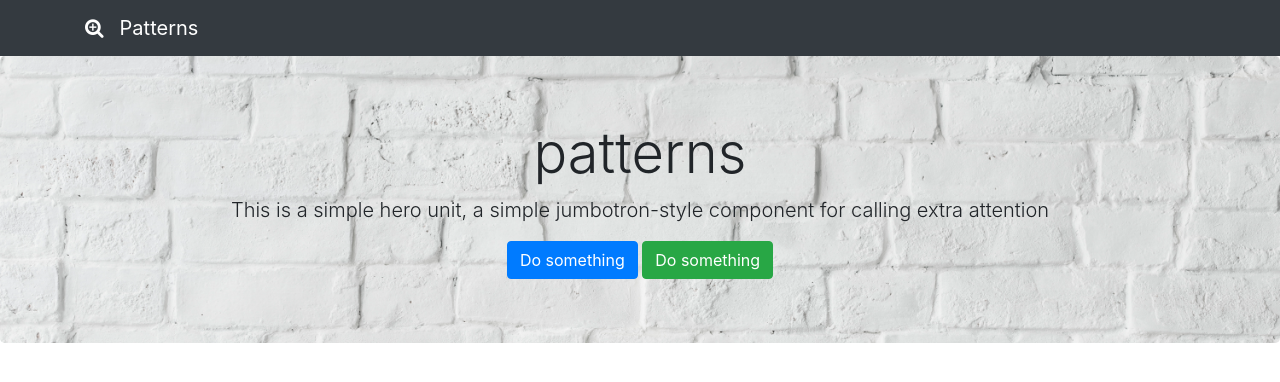
Repository: Mietlicha/patterns
Page: index.html
An editor plug-in stored every save of this project. The page is shown before and after the next save, followed by the edit.
The browser window is 1280 px wide. The pictures show the whole page.

Above is the page before, as saved 2019-10-24 11:26:13.

### index.html
<!DOCTYPE html>
<html lang="en">

<head>
    <meta charset="UTF-8">
    <meta name="viewport" content="width=device-width, initial-scale=1.0">
    <meta http-equiv="X-UA-Compatible" content="ie=edge">
    <title>Document</title>
    <link rel="stylesheet" href="style.css">
    <link rel="stylesheet" href="https://stackpath.bootstrapcdn.com/bootstrap/4.3.1/css/bootstrap.min.css"
        integrity="sha384-ggOyR0iXCbMQv3Xipma34MD+dH/1fQ784/j6cY/iJTQUOhcWr7x9JvoRxT2MZw1T" crossorigin="anonymous">
    <link rel="stylesheet" href="https://cdnjs.cloudflare.com/ajax/libs/font-awesome/4.7.0/css/font-awesome.min.css">

</head>

<body>
    <nav class="navbar navbar-dark bg-dark">
        <div class="container"><a class="navbar-brand" href="#"><i class="fa fa-search-plus mr-3" aria-hidden="true"></i>Patterns</a></div>
    </nav>
    <article>
    <section id="header" class="jumbotron">
        <div class="container text-center">
            <h1 class="display-4">patterns</h1>
            <p class="lead">This is a simple hero unit, a simple jumbotron-style component for calling extra attention</p>
            <a href="#" class="btn btn-primary">Do something</a>
            <a href="#" class="btn btn-success">Do something</a>
            </div>
            </section>
        </article>


    <script src="https://code.jquery.com/jquery-3.3.1.slim.min.js"
        integrity="sha384-q8i/X+965DzO0rT7abK41JStQIAqVgRVzpbzo5smXKp4YfRvH+8abtTE1Pi6jizo"
        crossorigin="anonymous"></script>
    <script src="https://cdnjs.cloudflare.com/ajax/libs/popper.js/1.14.7/umd/popper.min.js"
        integrity="sha384-UO2eT0CpHqdSJQ6hJty5KVphtPhzWj9WO1clHTMGa3JDZwrnQq4sF86dIHNDz0W1"
        crossorigin="anonymous"></script>
    <script src="https://stackpath.bootstrapcdn.com/bootstrap/4.3.1/js/bootstrap.min.js"
        integrity="sha384-JjSmVgyd0p3pXB1rRibZUAYoIIy6OrQ6VrjIEaFf/nJGzIxFDsf4x0xIM+B07jRM"
        crossorigin="anonymous"></script>
</body>

</html>

### style.css
#header{
    background: url(imgs/header.jpeg) no-repeat;
    background-size: cover;
}

After the next save:
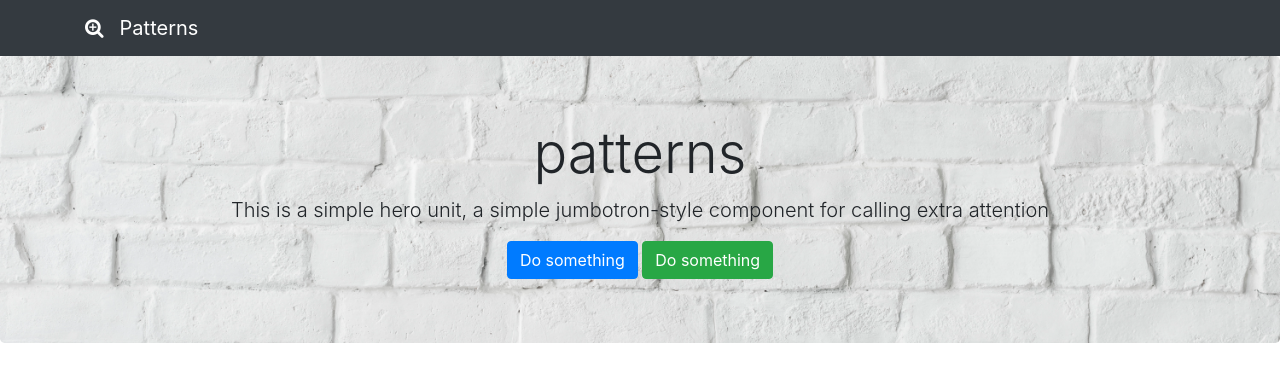
Saved 36 s later.
--- a/style.css
+++ b/style.css
@@ -1,4 +1,4 @@
 #header{
-    background: url(imgs/header.jpeg) no-repeat;
+    background: url(imgs/header.jpeg) center / cover no-repeat;
     background-size: cover;
 }
